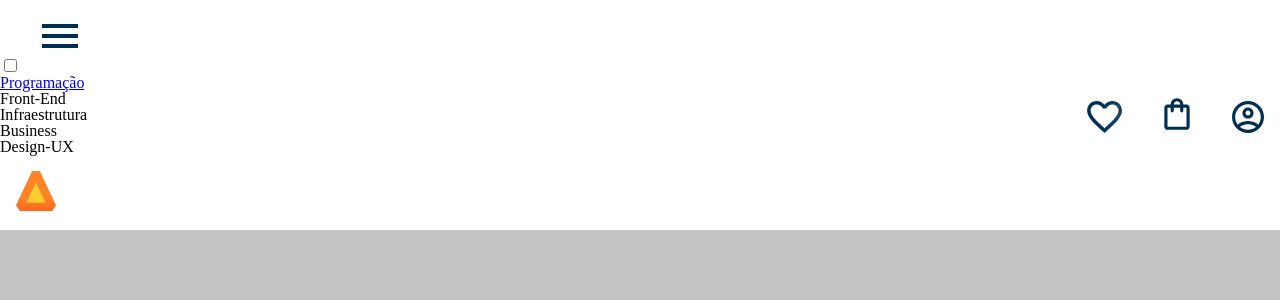
Repository: DamnDTX/projeto-mobile
Page: index.html
These files come from the project's save history. The page is drawn as it stood at one moment and after the next save; the edit follows.
The browser window is 1280 px wide. The pictures show the whole page.

Above is the page before, as saved 2023-07-26 22:26:12.

### index.html
<!DOCTYPE html>
<html lang="pt-br">
<head>
    <meta charset="UTF-8">
    <meta name="viewport" content="width=device-width, initial-scale=1.0">
    <title>Mobile project</title>
    <link href="./styles/reset.css" rel="stylesheet">
    <link href="./styles/styles.css" rel="stylesheet">


</head>
<body>
    <header class="cabecalho">
       <!--ELEMENTOS Á ESQUERDA-->

        <div class="container">
            <input type="checkbox" id="menu" class="container__botao">
            <label for="menu">
            <span class="cabecalho__menu-hamburguer container__imagem"></span>
            </label>
            <ul class="lista-menu">
                <li class="lista-menu__titulo">
                 <a href="#" class="lista-menu__link">Programação</a>
                </li>

                <li class="lista-menu__item">
                    Front-End
                </li>

                <li class="lista-menu__item">
                    Infraestrutura
                </li>

                <li class="lista-menu__item">
                    Business
                </li>

                <li class="lista-menu__item">
                    Design-UX
                </li>
            </ul>
             <img src="./img/Logo.svg" class="container__imagem" alt="logo-AluraBooks">
    </div>

        <!--ELEMENTOS Á DIREITA-->

    <div class="container">
        <a href="#"><img src="./img/Favoritos.svg " class="container__imagem" alt="Favoritos"></a>

        <a href="#"><img src="./img/Sacola.svg" class="container__imagem"   alt="Sacola"></a>

        <a href="#"><img src="./img/Usuario.svg"  class="container__imagem" alt="Usuario"></a>
    </div>

</header>
    <main></main>
    <footer>

    </footer>
</body>
</html>

### styles/styles.css
@import url(../styles/header.css);
/* Usamos o '@import" aqui pelo motivo de ser mais rádio o carregamento do arquivo, além de deixar o index.html com menos códigos*/


:root{
    --cor-de-fundo-branco:#FFFFFF;
    --cor-de-fundo: #C4C4C4;
    --cor-titulos:#002F52;
    --cor--botoes:#EB9B00;
    --fonte-geral: 'Poppins', sans-serif;
    --tamanho-fonte-titulo:2rem;
}

@import url('https://fonts.googleapis.com/css2?family=Poppins&display=swap');

body{
    background-color: var(--cor-de-fundo);
}

.cabecalho{
    background-color: white;
    display: flex;
    justify-content: space-between;
    align-items: center;
}

### styles/header.css
.cabecalho__menu-hamburguer {
    width:40px;
    height:40px;
    background-image: url(../img/Menu.svg);
    display: inline-block;
}

/* inline-block pois assim permite ajustes de altura e largura, lembrando que com o display=block não conseguimos fazer tais ajustes */

.cabecalho{
    background-color: var(--cor-de-fundo-branco);
    display: flex;
    justify-content: space-between;
    align-items: center;
}

/*APÓS ESTA LINHA ACIMA OS ELEMENTOS FICARAM Á ESQUERDA, MAS ISTO ACONTECEU POIS COLOCAMOS-O EM OUTRO ARQUIVO CSS, ESTE ESQUEMA É MUITO BOM QUANDO PRECISAMOS FAZER UM MENU DESSE JEITO SEM USAR JAVASCRIPT, CLARO, O GRANDE SEGREDO FOI O 'justify-content'*/

.container__imagem{
    padding: 1rem;
    background-position: center;
    background-repeat: no-repeat;
}

Loaded but not shown: styles/reset.css (common file)

After the next save:
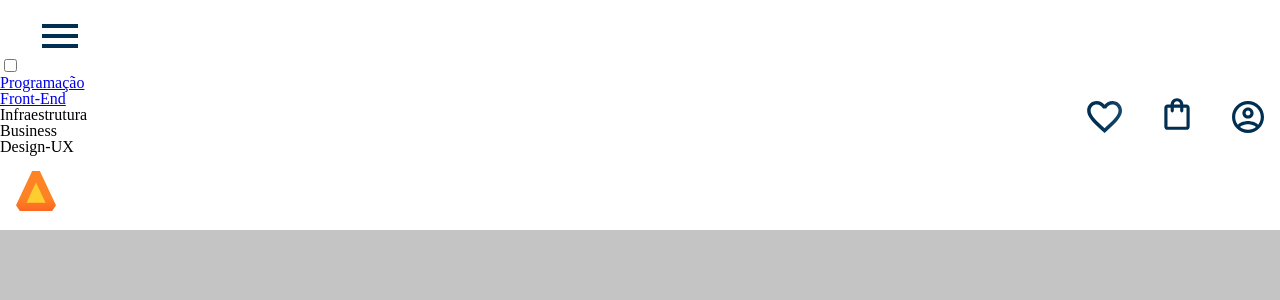
Saved 15 s later.
--- a/index.html
+++ b/index.html
@@ -24,7 +24,7 @@
                 </li>
 
                 <li class="lista-menu__item">
-                    Front-End
+                    <a href="#" class="lista-menu__link">Front-End</a>
                 </li>
 
                 <li class="lista-menu__item">
